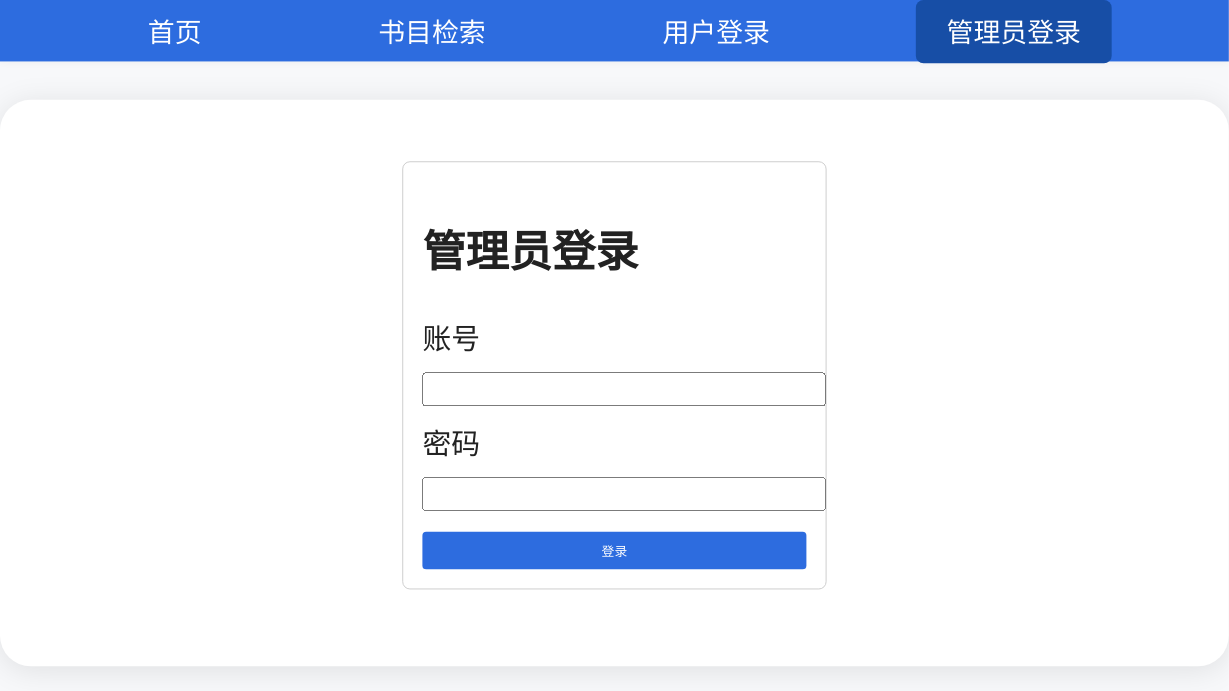
Repository: MercuryRandom/Library-Resource-Management-System
Page: /admin-login (app in frontend/)
An editor plug-in stored every save of this project. The page is shown before and after the next save, followed by the edit.
The browser window is 1280 px wide. The pictures show the whole page, at 96% of full size.
The project was rebuilt for these pictures with package versions that can differ from the ones it lists, and the page was loaded fresh each time. Also part of the build but not shown: frontend/vite.config.js, frontend/src/pages/HomePage.jsx, frontend/src/pages/SearchPage.jsx, frontend/src/pages/LoginPage.jsx, frontend/src/pages/RegisterPage.jsx, frontend/src/pages/AdminPage.jsx, frontend/src/pages/admin/ReaderManagementPage.jsx, frontend/src/pages/admin/BookManagementPage.jsx and 1 more.

Above is the page before, as saved 2025-06-25 20:22:29.

### frontend/index.html
<!DOCTYPE html>
<html lang="zh-CN">

<head>
  <meta charset="UTF-8" />
  <link rel="icon" type="image/svg+xml" href="/vite.svg" />
  <meta name="viewport" content="width=device-width, initial-scale=1.0" />
  <title>图书管理系统</title>
</head>

<body>
  <div id="root"></div>
  <script type="module" src="/src/main.jsx"></script>
</body>

</html>

### frontend/src/App.jsx
import { BrowserRouter as Router, Routes, Route } from 'react-router-dom';
import MainLayout from './layout/MainLayout';
import HomePage from './pages/HomePage';
import SearchPage from './pages/SearchPage';
import LoginPage from './pages/LoginPage';
import RegisterPage from './pages/RegisterPage';
import AdminLoginPage from './pages/AdminLoginPage';
import AdminPage from './pages/AdminPage';
import ReaderManagementPage from './pages/admin/ReaderManagementPage';
import BookManagementPage from './pages/admin/BookManagementPage';
import BorrowManagementPage from './pages/admin/BorrowManagementPage';
import './App.css';

function App() {
  return (
    <Router>
      <Routes>
        <Route path="/" element={<MainLayout />}>
          <Route index element={<HomePage />} />
          <Route path="search" element={<SearchPage />} />
          <Route path="login" element={<LoginPage />} />
          <Route path="register" element={<RegisterPage />} />
          <Route path="admin-login" element={<AdminLoginPage />} />
          <Route path="admin" element={<AdminPage />}>
            <Route path="readers" element={<ReaderManagementPage />} />
            <Route path="books" element={<BookManagementPage />} />
            <Route path="borrowing" element={<BorrowManagementPage />} />
          </Route>
        </Route>
      </Routes>
    </Router>
  );
}

export default App;

### frontend/src/layout/MainLayout.jsx
import React from 'react';
import { Outlet, NavLink } from 'react-router-dom';

const MainLayout = () => {
  return (
    <div>
      <nav>
        <ul>
          <li>
            <NavLink to="/" end className={({ isActive }) => isActive ? 'active' : ''}>首页</NavLink>
          </li>
          <li>
            <NavLink to="/search" className={({ isActive }) => isActive ? 'active' : ''}>书目检索</NavLink>
          </li>
          <li>
            <NavLink to="/login" className={({ isActive }) => isActive ? 'active' : ''}>用户登录</NavLink>
          </li>
          <li>
            <NavLink to="/admin-login" className={({ isActive }) => isActive ? 'active' : ''}>管理员登录</NavLink>
          </li>
        </ul>
      </nav>
      <hr style={{ border: 'none', margin: 0 }} />
      <main>
        <Outlet />
      </main>
    </div>
  );
};

export default MainLayout;

### frontend/src/pages/AdminLoginPage.jsx
import React, { useState } from 'react';
import { useNavigate } from 'react-router-dom';

const AdminLoginPage = () => {
  const [username, setUsername] = useState('');
  const [password, setPassword] = useState('');
  const navigate = useNavigate();

  const handleLogin = (e) => {
    e.preventDefault();
    // 这里只做简单演示，实际应有后端校验
    if (username === 'admin' && password === 'admin') {
      alert('管理员登录成功！');
      navigate('/admin');
    } else {
      alert('账号或密码错误');
    }
  };

  return (
    <div style={{ maxWidth: '400px', margin: 'auto', padding: '20px', border: '1px solid #ccc', borderRadius: '8px' }}>
      <h2>管理员登录</h2>
      <form onSubmit={handleLogin}>
        <div style={{ marginBottom: '15px' }}>
          <label htmlFor="username" style={{ display: 'block', marginBottom: '5px' }}>账号</label>
          <input
            type="text"
            id="username"
            value={username}
            onChange={(e) => setUsername(e.target.value)}
            style={{ width: '100%', padding: '8px' }}
          />
        </div>
        <div style={{ marginBottom: '15px' }}>
          <label htmlFor="password" style={{ display: 'block', marginBottom: '5px' }}>密码</label>
          <input
            type="password"
            id="password"
            value={password}
            onChange={(e) => setPassword(e.target.value)}
            style={{ width: '100%', padding: '8px' }}
          />
        </div>
        <button type="submit" style={{ width: '100%', padding: '10px', backgroundColor: '#2d6cdf', color: 'white', border: 'none', borderRadius: '4px' }}>
          登录
        </button>
      </form>
    </div>
  );
};

export default AdminLoginPage;

### frontend/src/App.css
body {
  margin: 0;
  padding: 0;
  font-family: 'Segoe UI', 'Arial', sans-serif;
  background: #f7f8fa;
  color: #222;
  font-size: 24px;
}

#root {
  min-height: 100vh;
  display: flex;
  flex-direction: column;
}

nav {
  background: #2d6cdf;
  padding: 0 0;
  box-shadow: 0 2px 8px rgba(0, 0, 0, 0.04);
}

nav ul {
  display: flex;
  justify-content: center;
  align-items: center;
  margin: 0;
  padding: 0;
  list-style: none;
  height: 64px;
}

nav ul li {
  margin: 0 60px;
}

nav ul li a {
  color: #fff;
  text-decoration: none;
  font-size: 28px;
  font-weight: 500;
  padding: 14px 32px;
  border-radius: 8px;
  transition: background 0.2s;
}

nav ul li a:hover,
nav ul li a.active {
  background: #174ea6;
}

main {
  flex: 1;
  max-width: 1600px;
  margin: 40px auto 0 auto;
  background: #fff;
  border-radius: 32px;
  box-shadow: 0 4px 32px rgba(0, 0, 0, 0.10);
  padding: 64px 80px 80px 80px;
  font-size: 1.25em;
}

/* 登录/注册卡片样式 */
.form-card {
  max-width: 520px;
  margin: 60px auto;
  padding: 48px 40px 40px 40px;
  background: #f5f7fb;
  border-radius: 24px;
  box-shadow: 0 2px 16px rgba(0, 0, 0, 0.08);
}

.form-card h2 {
  text-align: center;
  margin-bottom: 32px;
  font-size: 2.2em;
}

.form-card label {
  font-size: 1.1em;
  margin-bottom: 8px;
}

.form-card input {
  width: 100%;
  padding: 14px;
  font-size: 1.1em;
  border: 1px solid #bfc8e0;
  border-radius: 8px;
  margin-bottom: 24px;
  background: #fff;
  box-sizing: border-box;
}

.form-card button {
  width: 100%;
  padding: 16px;
  font-size: 1.1em;
  background: #2d6cdf;
  color: #fff;
  border: none;
  border-radius: 8px;
  margin-top: 8px;
  cursor: pointer;
  transition: background 0.2s;
}

.form-card button:hover {
  background: #174ea6;
}

.form-card .form-link {
  display: block;
  text-align: right;
  margin-top: 12px;
  color: #2d6cdf;
  text-decoration: underline;
  cursor: pointer;
  font-size: 1em;
}

@media (max-width: 900px) {
  main {
    max-width: 98vw;
    padding: 16px 2vw;
  }

  nav ul li {
    margin: 0 10px;
  }

  nav ul li a {
    font-size: 18px;
    padding: 8px 10px;
  }

  .form-card {
    padding: 24px 8px 24px 8px;
  }
}

.logo {
  height: 6em;
  padding: 1.5em;
  will-change: filter;
  transition: filter 300ms;
}

.logo:hover {
  filter: drop-shadow(0 0 2em #646cffaa);
}

.logo.react:hover {
  filter: drop-shadow(0 0 2em #61dafbaa);
}

@keyframes logo-spin {
  from {
    transform: rotate(0deg);
  }

  to {
    transform: rotate(360deg);
  }
}

@media (prefers-reduced-motion: no-preference) {
  a:nth-of-type(2) .logo {
    animation: logo-spin infinite 20s linear;
  }
}

.card {
  padding: 2em;
}

.read-the-docs {
  color: #888;
}

Loaded but not shown: frontend/src/main.jsx (common file)

After the next save:
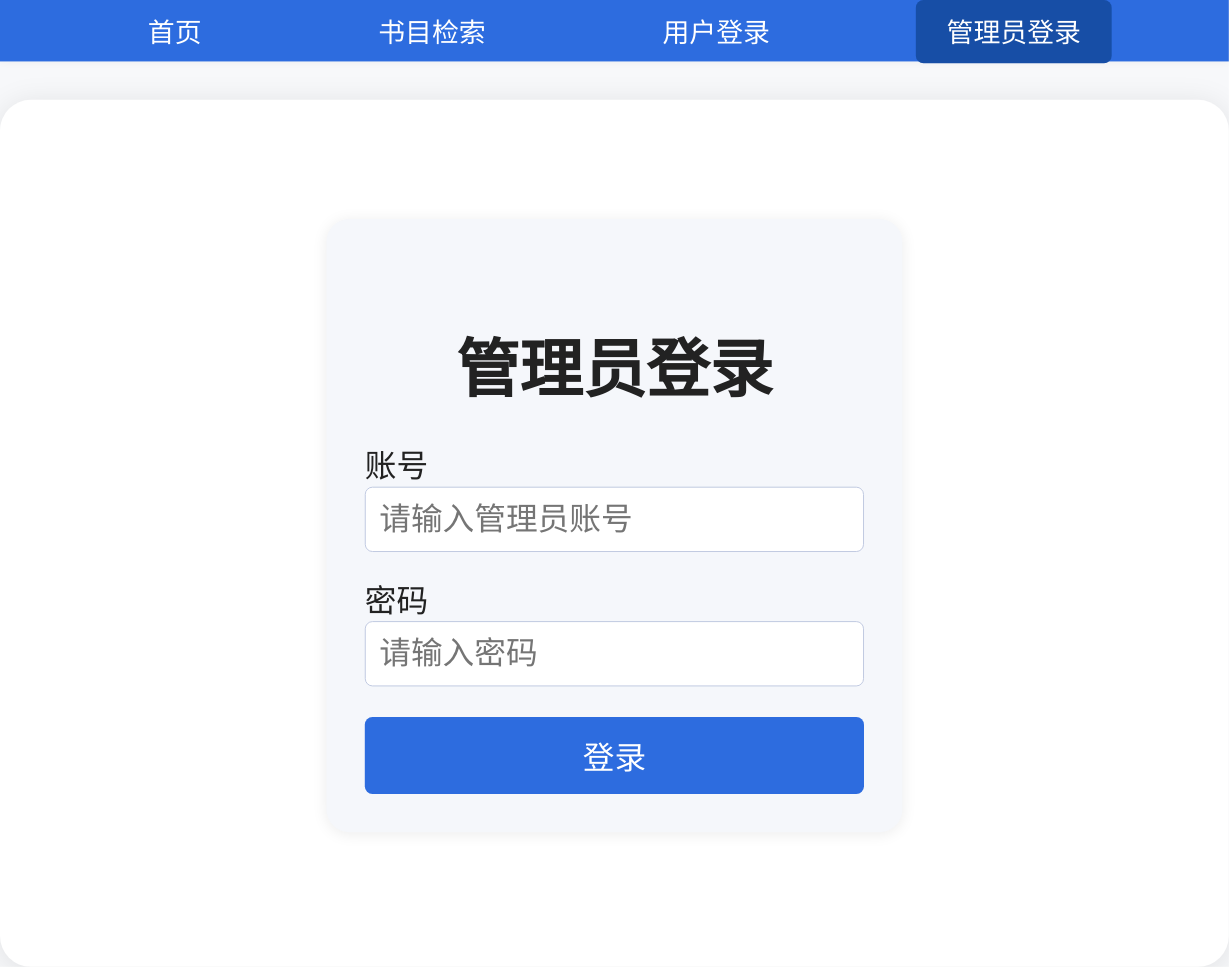
Saved 16 s later.
--- a/frontend/src/pages/AdminLoginPage.jsx
+++ b/frontend/src/pages/AdminLoginPage.jsx
@@ -4,46 +4,42 @@ import { useNavigate } from 'react-router-dom';
 const AdminLoginPage = () => {
   const [username, setUsername] = useState('');
   const [password, setPassword] = useState('');
+  const [error, setError] = useState('');
   const navigate = useNavigate();
 
   const handleLogin = (e) => {
     e.preventDefault();
-    // 这里只做简单演示，实际应有后端校验
     if (username === 'admin' && password === 'admin') {
+      setError('');
       alert('管理员登录成功！');
       navigate('/admin');
     } else {
-      alert('账号或密码错误');
+      setError('账号或密码错误');
     }
   };
 
   return (
-    <div style={{ maxWidth: '400px', margin: 'auto', padding: '20px', border: '1px solid #ccc', borderRadius: '8px' }}>
+    <div className="form-card">
       <h2>管理员登录</h2>
       <form onSubmit={handleLogin}>
-        <div style={{ marginBottom: '15px' }}>
-          <label htmlFor="username" style={{ display: 'block', marginBottom: '5px' }}>账号</label>
-          <input
-            type="text"
-            id="username"
-            value={username}
-            onChange={(e) => setUsername(e.target.value)}
-            style={{ width: '100%', padding: '8px' }}
-          />
-        </div>
-        <div style={{ marginBottom: '15px' }}>
-          <label htmlFor="password" style={{ display: 'block', marginBottom: '5px' }}>密码</label>
-          <input
-            type="password"
-            id="password"
-            value={password}
-            onChange={(e) => setPassword(e.target.value)}
-            style={{ width: '100%', padding: '8px' }}
-          />
-        </div>
-        <button type="submit" style={{ width: '100%', padding: '10px', backgroundColor: '#2d6cdf', color: 'white', border: 'none', borderRadius: '4px' }}>
-          登录
-        </button>
+        <label htmlFor="username">账号</label>
+        <input
+          type="text"
+          id="username"
+          value={username}
+          onChange={(e) => setUsername(e.target.value)}
+          placeholder="请输入管理员账号"
+        />
+        <label htmlFor="password">密码</label>
+        <input
+          type="password"
+          id="password"
+          value={password}
+          onChange={(e) => setPassword(e.target.value)}
+          placeholder="请输入密码"
+        />
+        {error && <div style={{ color: 'red', marginBottom: 12 }}>{error}</div>}
+        <button type="submit">登录</button>
       </form>
     </div>
   );
